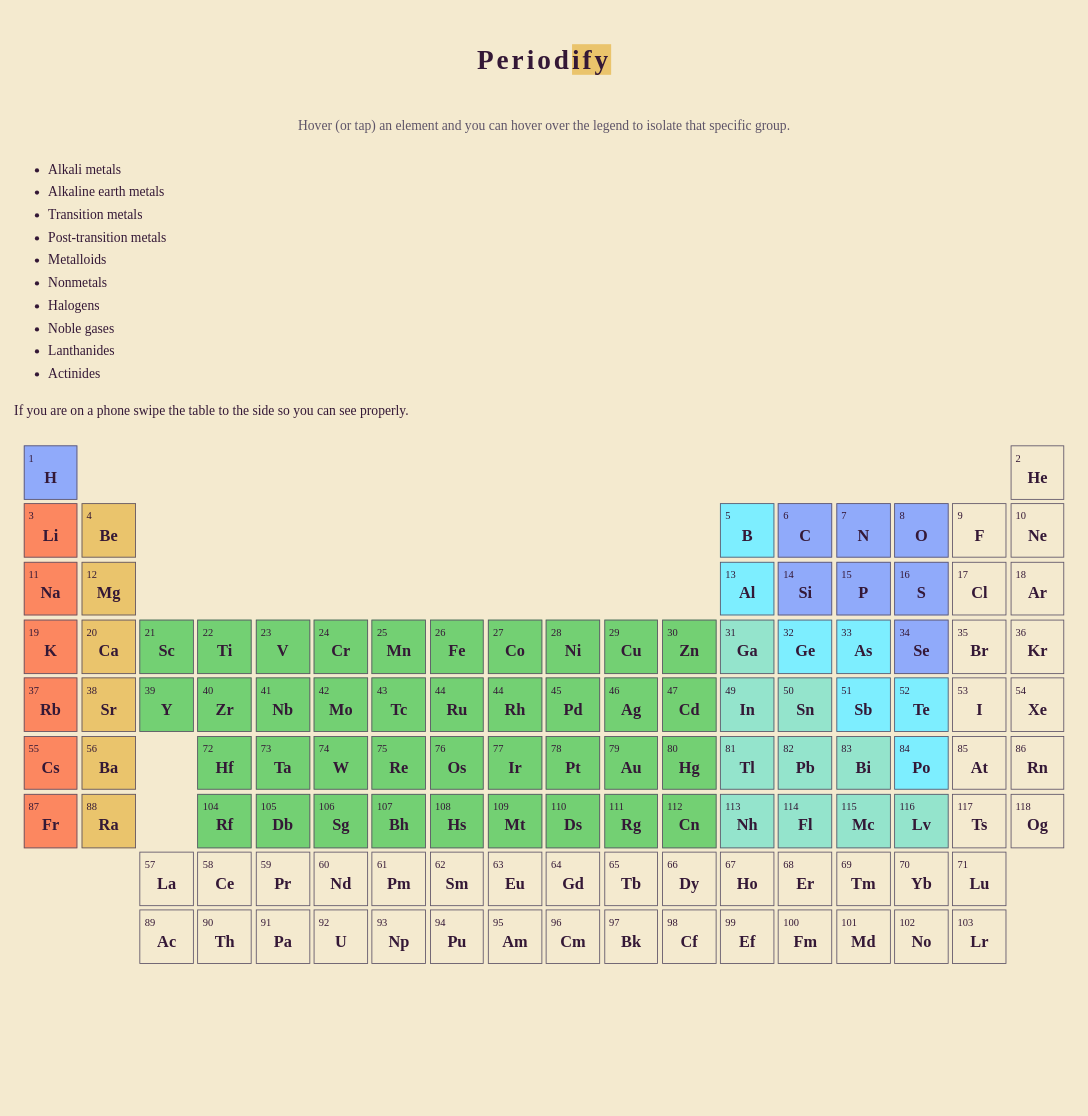
Repository: manayparikh1/Periodify
Page: index.html
The author's editor kept a copy of each file at every save. The page is drawn from the files as they stood at one save, then again after the next save.
The browser window is 1280 px wide. The pictures show the whole page, at 85% of full size.

Above is the page before, as saved 2026-10-19 19:30:25.

After the next save:
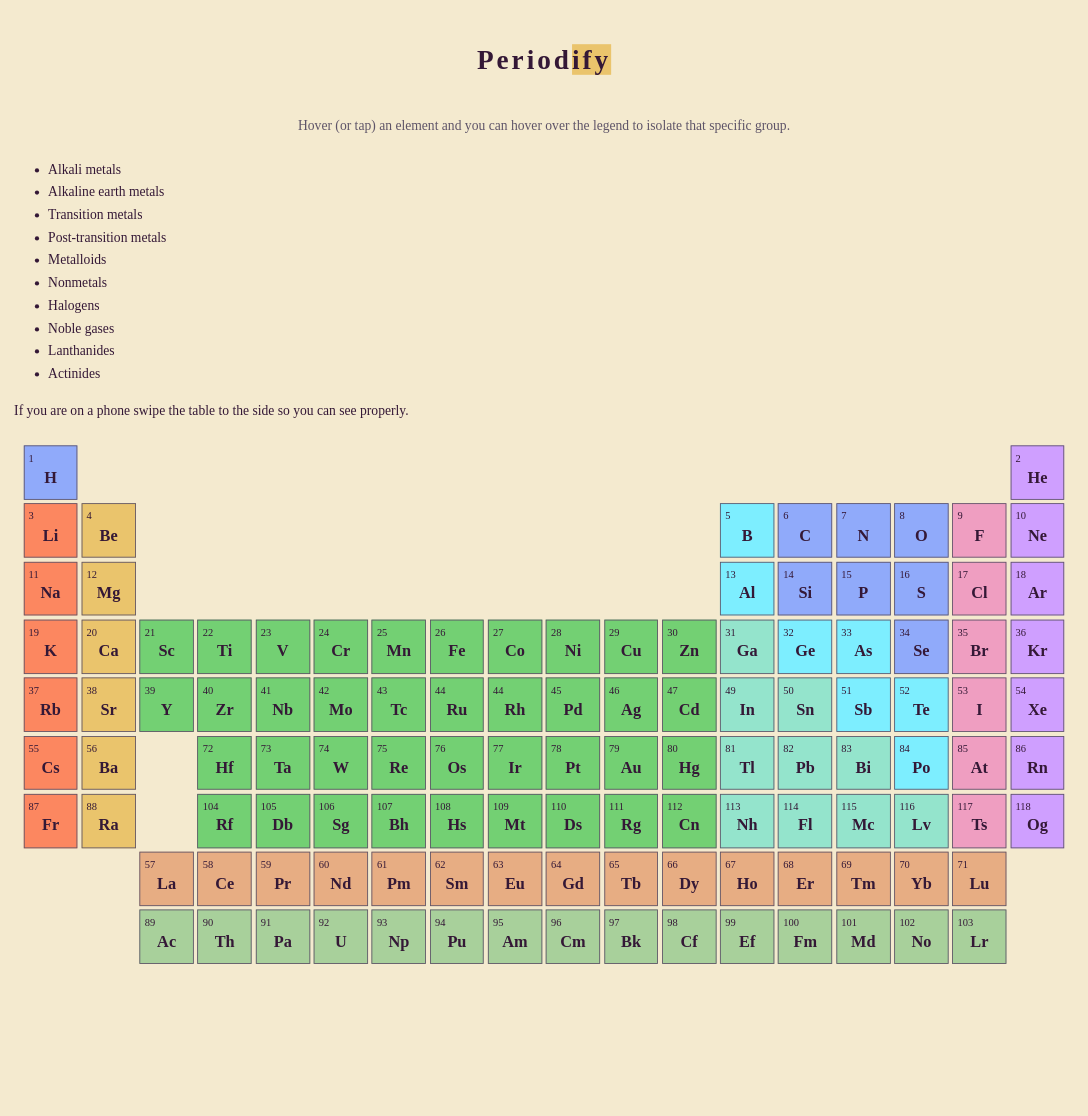
Saved 8 min 1 s later.
--- a/index.html
+++ b/index.html
@@ -132,7 +132,7 @@
             <div class="el pt" tabindex="0"><i>115</i><b>Mc</b><span>Moscovium<br>Atomic mass = 290.00</span></div>
             <div class="el pt" tabindex="0"><i>116</i><b>Lv</b><span>Livermorium<br>Atomic mass = 293.00</span></div>
             <div class="el hg" tabindex="0"><i>117</i><b>Ts</b><span>Tennessine<br>Atomic mass = 294.00</span></div>
-            <div class="el hg" tabindex="0"><i>118</i><b>Og</b><span>Oganesson<br>Atomic mass = 294.00</span></div>
+            <div class="el ng" tabindex="0"><i>118</i><b>Og</b><span>Oganesson<br>Atomic mass = 294.00</span></div>
             <!-- the lanthanoids -->
             <div class="gap" style="--n:2"></div>
             <div class="el la" tabindex="0"><i>57</i><b>La</b><span>Lanthanum<br>Atomic mass = 138.91</span></div>
@@ -187,7 +187,7 @@
             --md: #7deeff;
             --nm: #90aafa;
             --hl: #cf9fff;
-            --h1: #ef9ec1;
+            --hg: #ef9ec1;
             --la: #e7ad83;
             --ac: #a8d09b;
         }
@@ -321,3 +321,19 @@
         .nm {
             background: var(--nm);
         }
+
+        .hg {
+            background: var(--hg);
+        }
+
+        .ng {
+            background: var(--hl);
+        }
+
+        .la {
+            background: var(--la);
+        }
+
+        .ac {
+            background: var(--ac);
+        }
